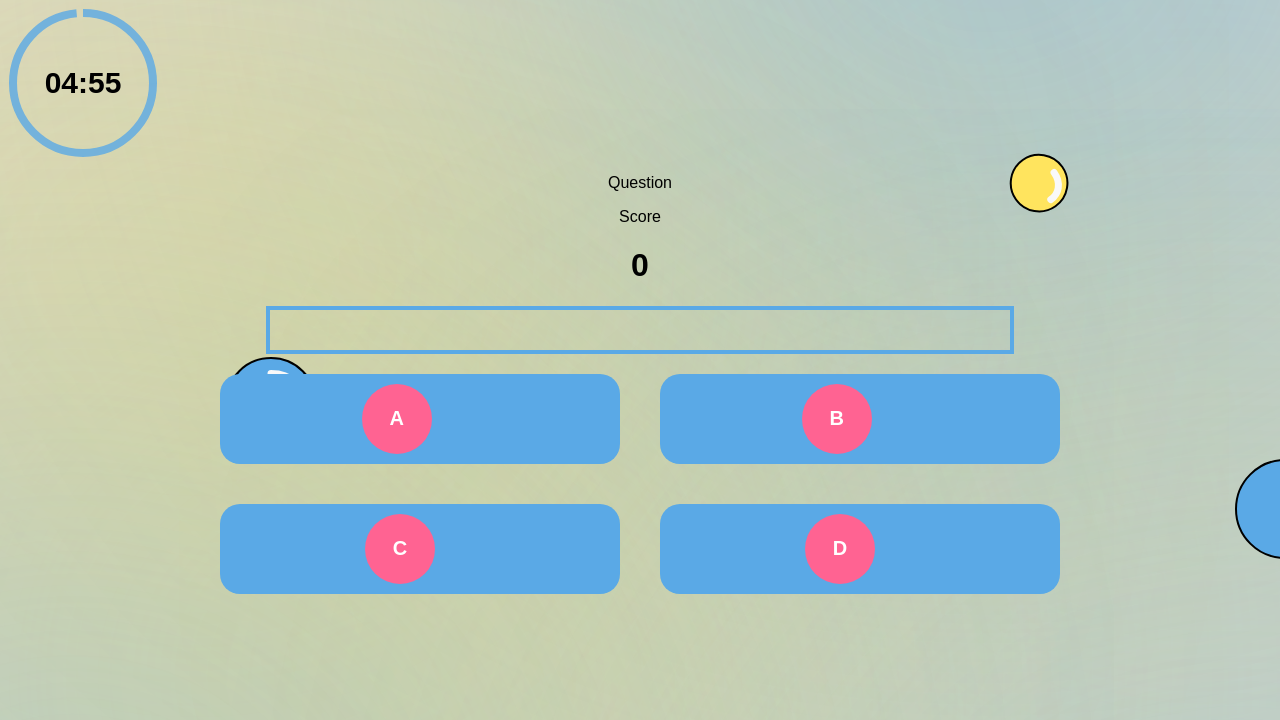
Repository: sierralaurent/SmartiePants
Page: quiz.html
An editor plug-in stored every save of this project. The page is shown before and after the next save, followed by the edit.
The browser window is 1280 px wide. The pictures show the whole page.
The page's requests for data from a server got no answer.

Above is the page before, as saved 2023-05-16 22:09:09.

After the next save:
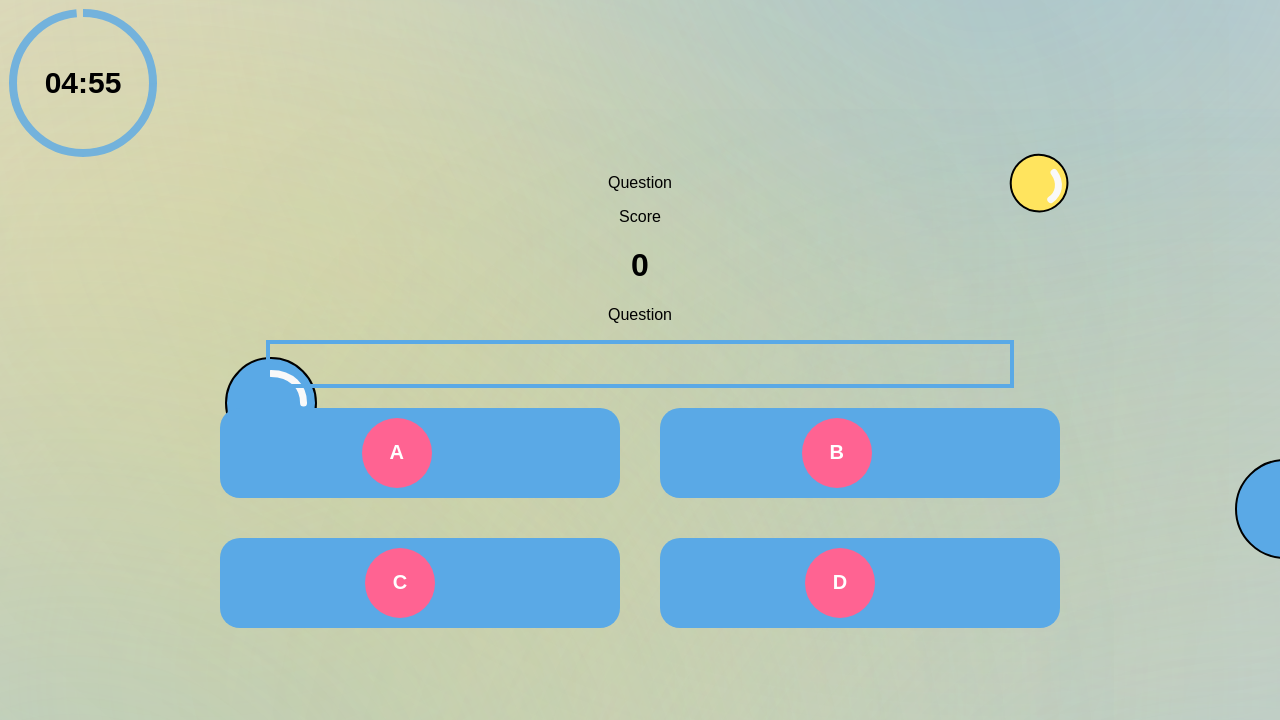
Saved 4 min 0 s later.
--- a/quiz.html
+++ b/quiz.html
@@ -39,6 +39,14 @@
             0
           </h1>
         </div>
+        <div id="hud-item">
+          <p id="progressText">
+            Question
+          </p>
+          <div id="progressBar">
+            <div id="progressBarFull"></div>
+          </div>
+        </div>
       </div>
       <h2 class="question" id="question"></h2>
       <div class="choice-a-b">

After the save that followed:
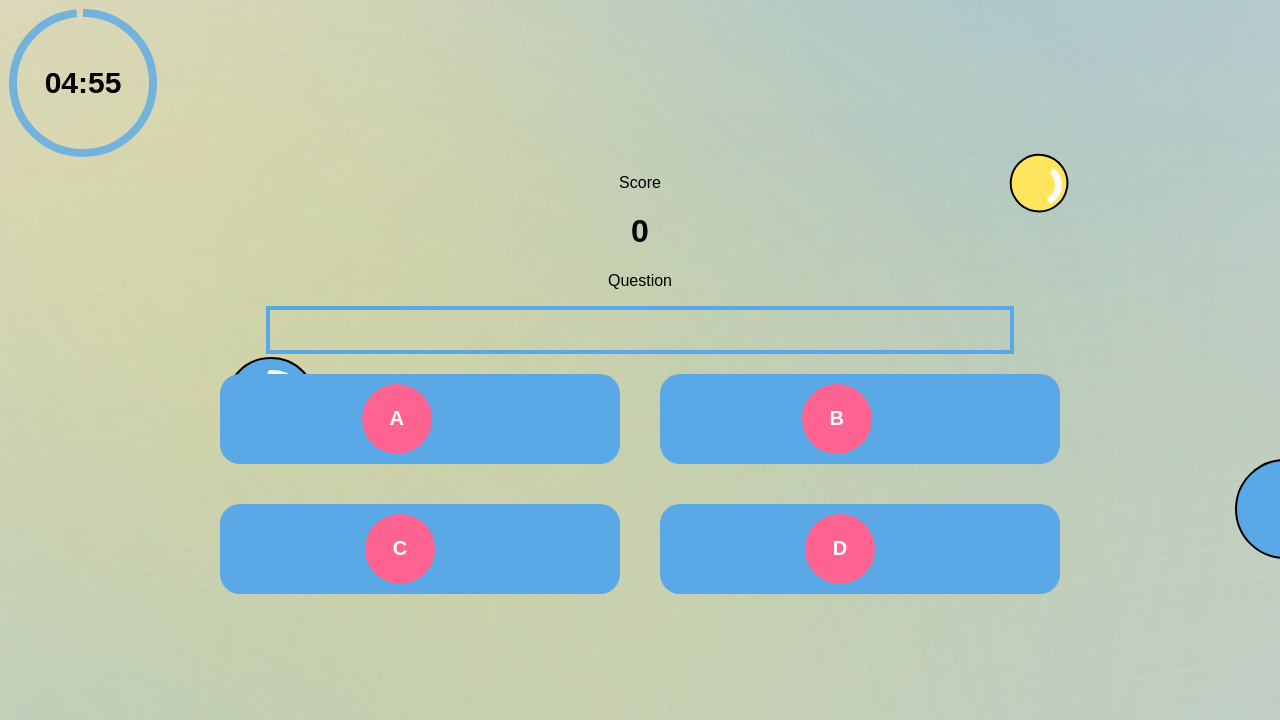
Saved 22 s later.
--- a/quiz.html
+++ b/quiz.html
@@ -23,14 +23,7 @@
     <div id="loader"></div>
     <div id="game" >
       <div id="hud">
-        <div id="hud-item">
-          <p id="progressText">
-            Question
-          </p>
-          <div id="progressBar">
-            <div id="progressBarFull"></div>
-          </div>
-        </div>
+
         <div id="hud-item">
           <p>
             Score
